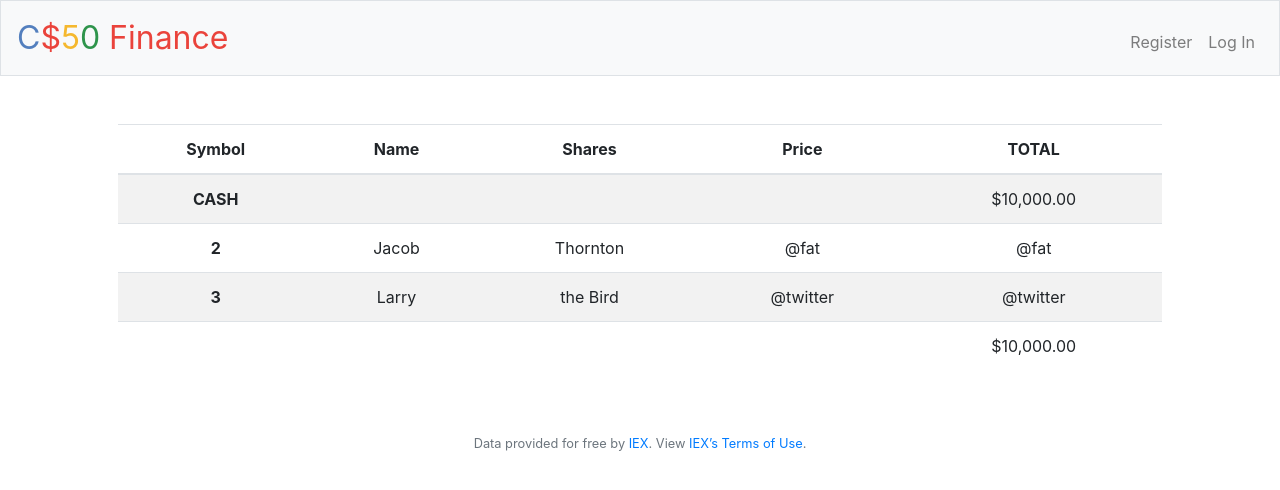
Repository: tavrora/cs50_ide
Page: pset8/finance/templates/apology.html
The author's editor kept a record of every edit. The page is drawn from the files as they stood at one moment, then again after the next edit.
The browser window is 1280 px wide. The pictures show the whole page.
The template is drawn by Flask 3. The application's start-up code is not run. Other server files are loaded and not shown. The template is opened directly, without the code that normally fills it, so the values that code supplies are empty.

Above is the page before.

### pset8/finance/templates/apology.html
{% extends "layout.html" %}

{% block title %}
    Apology
{% endblock %}

{% block main %}
    <!--<img alt="{{ top }}" class="border" src="http://memegen.link/custom/{{ top | urlencode }}/{{ bottom | urlencode }}.jpg?alt=https://i.imgur.com/CsCgN7Ll.png" title="{{ top }}">-->

    <table class="table table-striped">
        <thead>
            <tr>
                <th scope="col">Symbol</th>
                <th scope="col">Name</th>
                <th scope="col">Shares</th>
                <th scope="col">Price</th>
                <th scope="col">TOTAL</th>
            </tr>
        </thead>
        <tfoot>
            <tr>
                <td colspan="4"></td>
                <td>$10,000.00</td>
            </tr>
        </tfoot>
        <tbody>
            <tr>
                <th scope="row">CASH</th>
                <td></td>
                <td></td>
                <td></td>
                <td>$10,000.00</td>
            </tr>
            <tr>
                <th scope="row">2</th>
                <td>Jacob</td>
                <td>Thornton</td>
                <td>@fat</td>
                <td>@fat</td>
            </tr>
            <tr>
                <th scope="row">3</th>
                <td>Larry</td>
                <td>the Bird</td>
                <td>@twitter</td>
                <td>@twitter</td>
            </tr>
        </tbody>
    </table>

{% endblock %}

### pset8/finance/templates/layout.html
<!DOCTYPE html>

<html lang="en">

    <head>

        <!-- Required meta tags -->
        <meta charset="utf-8">
        <meta name="viewport" content="width=device-width, initial-scale=1, shrink-to-fit=no">

        <!-- documentation at http://getbootstrap.com/docs/4.1/, alternative themes at https://bootswatch.com/ -->
        <link href="https://maxcdn.bootstrapcdn.com/bootstrap/4.1.3/css/bootstrap.min.css" rel="stylesheet">

        <!-- https://favicon.io/emoji-favicons/money-mouth-face/ -->
        <link href="/static/favicon.ico" rel="icon">

        <link href="/static/styles.css" rel="stylesheet">

        <script src="https://code.jquery.com/jquery-3.3.1.min.js"></script>
        <script src="https://cdnjs.cloudflare.com/ajax/libs/popper.js/1.14.3/umd/popper.min.js"></script>
        <script src="https://maxcdn.bootstrapcdn.com/bootstrap/4.1.3/js/bootstrap.min.js"></script>

        <title>C$50 Finance: {% block title %}{% endblock %}</title>

    </head>

    <body>

        <nav class="navbar navbar-expand-md navbar-light bg-light border">
            <a class="navbar-brand" href="/"><span class="blue">C</span><span class="red">$</span><span class="yellow">5</span><span class="green">0</span> <span class="red">Finance</span></a>
            <button aria-controls="navbar" aria-expanded="false" aria-label="Toggle navigation" class="navbar-toggler" data-target="#navbar" data-toggle="collapse" type="button">
                <span class="navbar-toggler-icon"></span>
            </button>
            <div class="collapse navbar-collapse" id="navbar">
                {% if session.user_id %}
                    <ul class="navbar-nav mr-auto mt-2">
                        <li class="nav-item"><a class="nav-link" href="/quote">Quote</a></li>
                        <li class="nav-item"><a class="nav-link" href="/buy">Buy</a></li>
                        <li class="nav-item"><a class="nav-link" href="/sell">Sell</a></li>
                        <li class="nav-item"><a class="nav-link" href="/history">History</a></li>
                    </ul>
                    <ul class="navbar-nav ml-auto mt-2">
                        <li class="nav-item"><a class="nav-link" href="/cash">Add cash</a></li>
                        <li class="nav-item"><a class="nav-link" href="/logout">Log Out</a></li>
                    </ul>
                {% else %}
                    <ul class="navbar-nav ml-auto mt-2">
                        <li class="nav-item"><a class="nav-link" href="/register">Register</a></li>
                        <li class="nav-item"><a class="nav-link" href="/login">Log In</a></li>
                    </ul>
                {% endif %}
            </div>
        </nav>

        {% if get_flashed_messages() %}
            <header>
                <div class="alert alert-primary border text-center" role="alert">
                    {{ get_flashed_messages() | join(" ") }}
                </div>
            </header>
        {% endif %}

        <main class="container p-5">
            {% block main %}{% endblock %}
        </main>

        <footer class="small text-center text-muted">
            Data provided for free by <a href="https://iextrading.com/developer">IEX</a>. View <a href="https://iextrading.com/api-exhibit-a/">IEX’s Terms of Use</a>.
        </footer>

    </body>

</html>

Loaded but not shown: pset8/finance/static/styles.css (common file)

After the next edit:
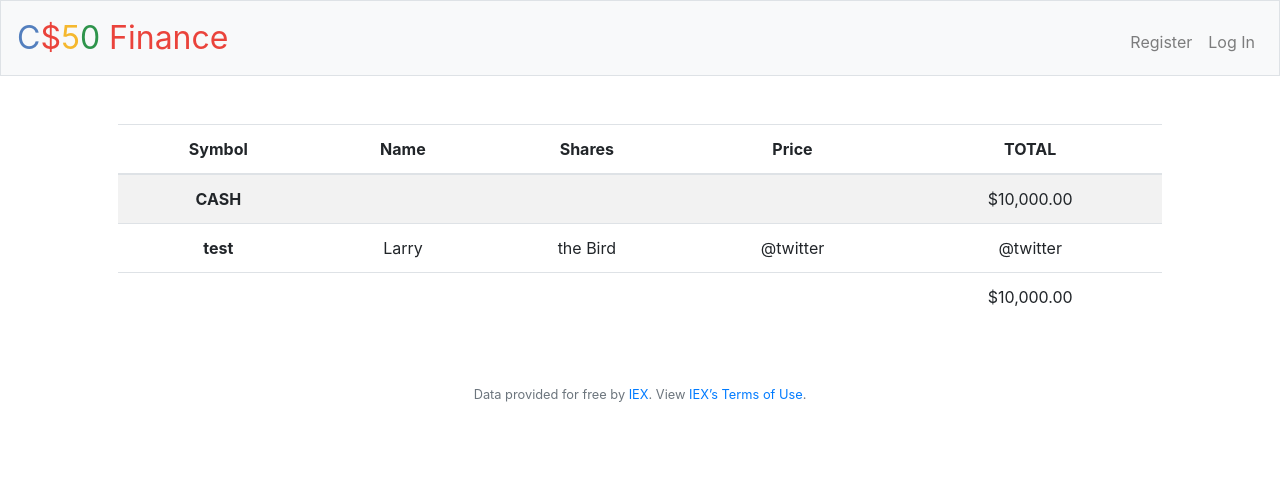
The edit:
--- a/pset8/finance/templates/apology.html
+++ b/pset8/finance/templates/apology.html
@@ -32,14 +32,7 @@
                 <td>$10,000.00</td>
             </tr>
             <tr>
-                <th scope="row">2</th>
-                <td>Jacob</td>
-                <td>Thornton</td>
-                <td>@fat</td>
-                <td>@fat</td>
-            </tr>
-            <tr>
-                <th scope="row">3</th>
+                <th scope="row">test</th>
                 <td>Larry</td>
                 <td>the Bird</td>
                 <td>@twitter</td>
